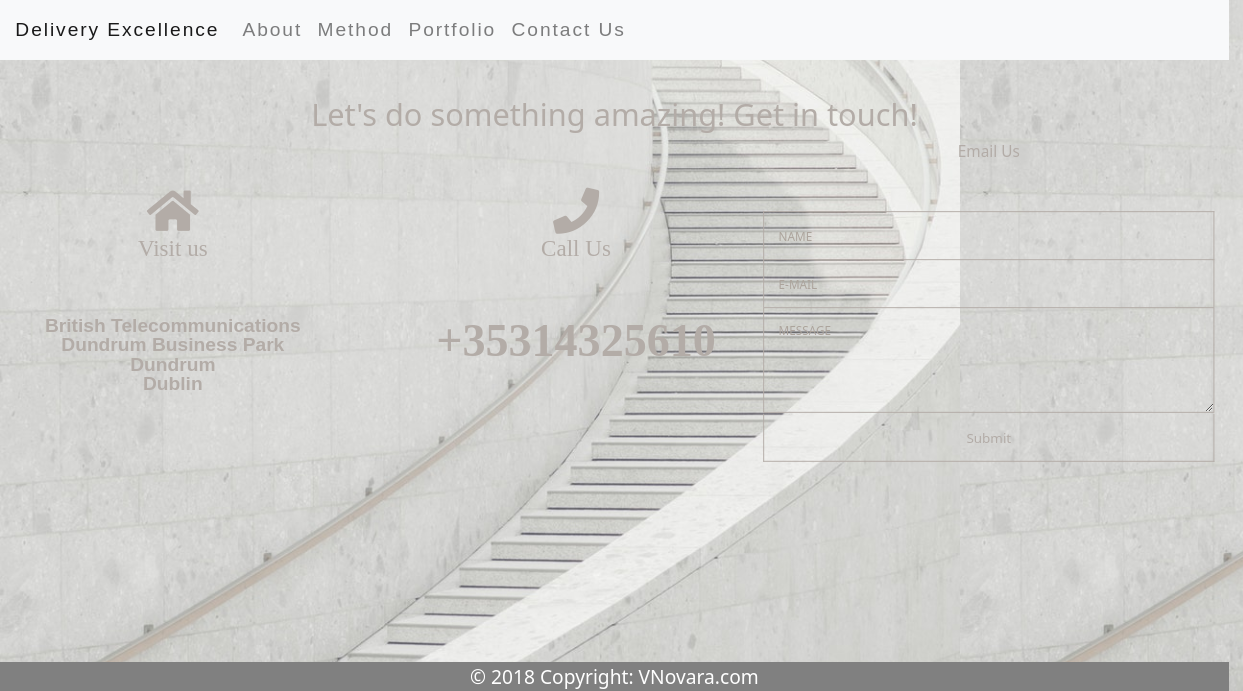
Repository: valenovi76/DeliveryExcellence
Page: contact.html
The author's editor kept a record of every edit. The page is drawn from the files as they stood at one moment, then again after the next edit.
The browser window is 1280 px wide. The page is 1295 px wide, so the pictures cover 1295 px, including what lies to the right of the window. The pictures show the whole page, at 96% of full size.
Some web libraries are served in a nearby version.

Above is the page before.

### contact.html
<!DOCTYPE html>
<html lang="en">
<head>
    <meta charset="UTF-8">
    <meta name="viewport" content="width=device-width, initial-scale=1.0">
    <meta http-equiv="X-UA-Compatible" content="ie=edge">
    <link rel="stylesheet" href="https://stackpath.bootstrapcdn.com/bootstrap/4.3.1/css/bootstrap.min.css" integrity="sha384-ggOyR0iXCbMQv3Xipma34MD+dH/1fQ784/j6cY/iJTQUOhcWr7x9JvoRxT2MZw1T" crossorigin="anonymous">
    <link rel="stylesheet" href="https://use.fontawesome.com/releases/v5.9.0/css/all.css">
    <link rel="stylesheet" href="https://cdnjs.cloudflare.com/ajax/libs/hover.css/2.3.1/css/hover-min.css" type="text/css" />
    <link rel="stylesheet" href="./assets/style.css" type="text/css" />
    <title>Delivery Excellence Home</title>
</head>
<body>
    <header>
        <div class="container">
                <nav class="navbar fixed-top navbar-expand-lg navbar-light bg-light">
                  <a class="navbar-brand" href="index.html">Delivery Excellence</a>
                  <button class="navbar-toggler" type="button" data-toggle="collapse" data-target="#navbarSupportedContent" aria-controls="navbarSupportedContent" aria-expanded="false" aria-label="Toggle navigation">
                    <span class="navbar-toggler-icon"></span>
                  </button>

                  <div class="collapse navbar-collapse" id="navbarSupportedContent">
                    <ul class="navbar-nav mr-auto">

                          <li class="nav-item">
                                <a class="nav-link" href="#">About</a>
                          </li>
                          <li class="nav-item">
                                <a class="nav-link" href="#">Method</a>
                          </li>
                           <li class="nav-item">
                                <a class="nav-link" href="#">Portfolio</a>
                          </li>
                          <li class="nav-item">
                                <a class="nav-link" href="contact.html">Contact Us</a>
                          </li>
                    </ul>
                      </div>
                </nav>
        </div>
    </header>
    <section>
        <div class="container-fluid contact-main">
            <h2>Let's do something amazing! Get in touch!</h2>
                <div class="row">
                    <div class="col-md addr">

                        <i class="fas fa-home">
                            <h4>Visit us</h4><br>
                            <address>
                                British Telecommunications<br>
                                Dundrum Business Park<br>
                                Dundrum<br>
                                Dublin<br>
                            </address>
                        </i>
                    </div>
                    <div class="col-md phone">
                        <i class="fas fa-phone">
                            <h4>Call Us</h4><br>
                            +35314325610<br>

                        </i>
                    </div>
                    <div class="col-md cont-form">
                        <p>Email Us</p>
                        <form id="form" class="topBefore">
                    		  <input id="name" type="text" placeholder="NAME">
                    		  <input id="email" type="text" placeholder="E-MAIL">
                    		  <textarea id="message" type="text" placeholder="MESSAGE"></textarea>
                              <input id="submit" type="submit" value="Submit">
                        </form>
                    </div>
                </div>
        </div>
    </section>


    <footer class="container-fluid font-small blue fixed-bottom">
                <div class="footer-copyright">
                    <a href="https://mdbootstrap.com/education/bootstrap/"> © 2018 Copyright: VNovara.com</a>
                </div>
    </footer>



</body>
</html>

### assets/style.css
/*--------------------------MediaQueries------------------*/


/*----------------------------Header/Navbar-----------------------*/

.navbar{letter-spacing: 2px;
        font-family: "Noto sans", sans-serif;
        font-weight: lighter;
        font-size: 15px;
        color:white;
          text-align: center;

}

nav a {
    font-family: "Fjalla Ona", sans-serif;
    font-weight: 100;
    font-size: 20px;
    color:white;
    text-align: left;
}
 nav a:hover {
  color: grey;
  text-decoration: none;
 }

/*----------------------------Main Section-----------------------*/

.main-content{
  padding-top:10px;
}

h1{font-family: "Fjalla Ona", sans-serif;
    font-weight: 200;
    font-size: 1000px;
    color:white;
    text-transform: uppercase;

}
/*----------------------------Footer-----------------------*/
.container-fluid{
    margin-left: 0px;
    margin-right:0px;
    padding:0px;
}
.footer-copyright{
    background-color: grey;
    text-align: center;
}

.footer-copyright a {
    font-family:"Noto sans", sans-serif;
    font-weight:100;
    font-size:20px;
    color:white;
}
/*---------------------------Contact page ----------------------*/
i{
  text-align: center;
}
.fa-phone{
      font-size: 3rem;
      margin-top: 50px;
      margin-left: 60px;
}

.fa-home{
      font-size: 3rem;
      margin-top: 50px;
}

.fa-envelope-open-text{
      font-size: 3rem;
      margin-top: 50px;
}
/*---------------------------Contact form-----------------------*/
.contact-main {
  text-align: center;
  }

.cont-form{
  flex-grow: 0;
}

address {
  font-family: "Noto-sans", sans-serif;
  font-size:20px;
}

input::-webkit-input-placeholder, textarea::-webkit-input-placeholder {
  color: #aca49c;
  font-size: 0.875em;
}

input:focus::-webkit-input-placeholder, textarea:focus::-webkit-input-placeholder {
  color: #bbb5af;
}

input::-moz-placeholder, textarea::-moz-placeholder {
  color: #aca49c;
  font-size: 0.875em;
}

input:focus::-moz-placeholder, textarea:focus::-moz-placeholder {
  color: #bbb5af;
}

input::placeholder, textarea::placeholder {
  color: #aca49c;
  font-size: 0.875em;
}

input:focus::placeholder, textarea::focus:placeholder {
  color: #bbb5af;
}

input::-ms-placeholder, textarea::-ms-placeholder {
  color: #aca49c;
  font-size: 0.875em;
}

input:focus::-ms-placeholder, textarea:focus::-ms-placeholder {
  color: #bbb5af;
}

/* on hover placeholder */

input:hover::-webkit-input-placeholder, textarea:hover::-webkit-input-placeholder {
  color: #e2dedb;
  font-size: 0.875em;
}

input:hover:focus::-webkit-input-placeholder, textarea:hover:focus::-webkit-input-placeholder {
  color: #cbc6c1;
}

input:hover::-moz-placeholder, textarea:hover::-moz-placeholder {
  color: #e2dedb;
  font-size: 0.875em;
}

input:hover:focus::-moz-placeholder, textarea:hover:focus::-moz-placeholder {
  color: #cbc6c1;
}

input:hover::placeholder, textarea:hover::placeholder {
  color: #e2dedb;
  font-size: 0.875em;
}

input:hover:focus::placeholder, textarea:hover:focus::placeholder {
  color: #cbc6c1;
}

input:hover::placeholder, textarea:hover::placeholder {
  color: #e2dedb;
  font-size: 0.875em;
}

input:hover:focus::-ms-placeholder, textarea:hover::focus:-ms-placeholder {
  color: #cbc6c1;
}

body {
  font-family: 'Noto sans', sans-serif;
  background: #e2dedb;
  color: #b3aca7;
}

header {
  position: relative;
  margin: 100px 0 25px 0;
  font-size: 2.3em;
  text-align: center;
  letter-spacing: 7px;
}

#form {
  position: relative;
  width: 500px;
  margin: 50px auto 100px auto;
}

input {
  font-family: 'Noto sans', sans-serif;
  font-size: 0.875em;
  width: 470px;
  height: 50px;
  padding: 0px 15px 0px 15px;

  background: transparent;
  outline: none;
  color: #726659;

  border: solid 1px #b3aca7;
  border-bottom: none;

  transition: all 0.3s ease-in-out;
  -webkit-transition: all 0.3s ease-in-out;
  -moz-transition: all 0.3s ease-in-out;
  -ms-transition: all 0.3s ease-in-out;
}

input:hover {
  background: #b3aca7;
  color: #e2dedb;
}

textarea {
  width: 470px;
  max-width: 470px;
  height: 110px;
  max-height: 110px;
  padding: 15px;

  background: transparent;
  outline: none;

  color: #726659;
  font-family: 'Noto sans', sans-serif;
  font-size: 0.875em;

  border: solid 1px #b3aca7;

  transition: all 0.3s ease-in-out;
  -webkit-transition: all 0.3s ease-in-out;
  -moz-transition: all 0.3s ease-in-out;
  -ms-transition: all 0.3s ease-in-out;
}

textarea:hover {
  background: #b3aca7;
  color: #e2dedb;
}

#submit {
  width: 470px;

  padding: 0;
  margin: -5px 0px 0px 0px;

  font-family: 'Noto sans', sans-serif;
  font-size: 0.875em;
  color: #b3aca7;

  outline:none;
  cursor: pointer;

  border: solid 1px #b3aca7;
  border-top: none;
}

#submit:hover {
  color: #e2dedb;
}
/*----------------------------HomePage-----------------------*/
body{
  background-image: url("../assets/stairs.jpg");

}

.jumbotron{
  background: transparent
}
/*----------------------------The team-----------------------*/

.main{
  padding-top: 50px;
  margin-left: 10px;

}


.paralsec2{
  background:#fafafa;
  margin-left:10px;
}

.title{
    font-family: "Nato sans", sans-serif;
    font-weight:lighter;
    text-transform: uppercase;
    font-size: 100;
    color:grey;
    margin-left:10px;

}

.par p{
  font-family: "Nato sans", sans-serif;
    font-weight:lighter;
    font-size: 20;
    color:grey;
    background-color:#fafafa;
    margin-left:10px;
}

}
.shots{

}

After the next edit:
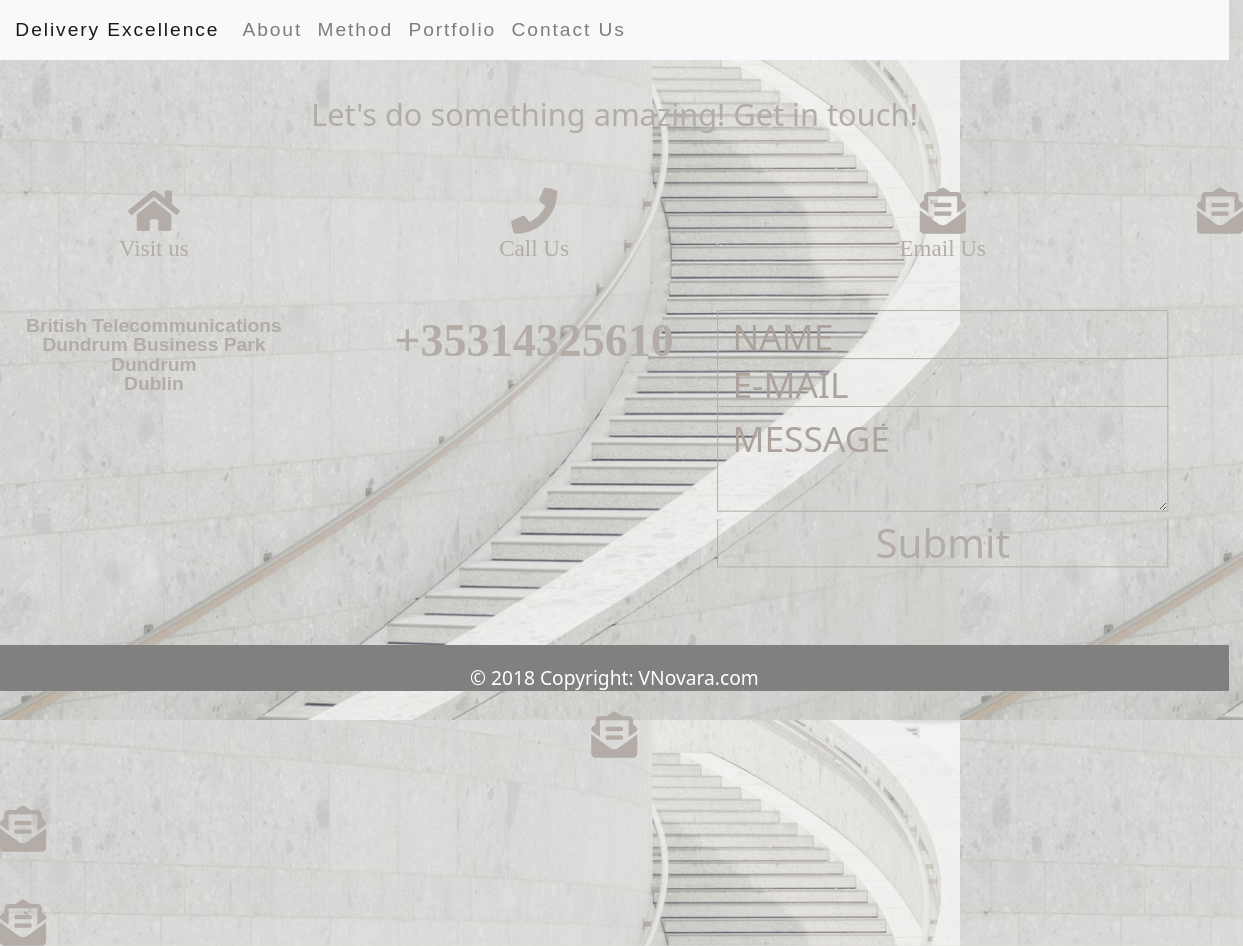
The edit:
--- a/contact.html
+++ b/contact.html
@@ -63,7 +63,8 @@
                         </i>
                     </div>
                     <div class="col-md cont-form">
-                        <p>Email Us</p>
+                        <i class="fas fa-envelope-open-text">
+                        <h4>Email Us</h4>
                         <form id="form" class="topBefore">
                     		  <input id="name" type="text" placeholder="NAME">
                     		  <input id="email" type="text" placeholder="E-MAIL">
